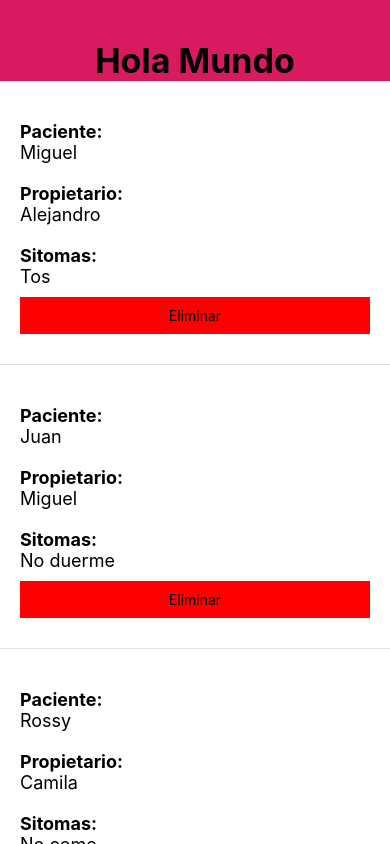
Repository: AleMicky/citas
Screen: /
The author's editor kept a copy of each file at every save. The screen is drawn from the files as they stood at one save, then again after a run of saves.
An inner scrolling area shows only its first screen. The app was drawn by React Native's web renderer in a window 390 px wide. The project was rebuilt for these pictures with package versions that can differ from the ones it lists, and the page was loaded fresh each time.

Above is the screen before, as saved 2020-06-27 00:35:37.

After the next 2 saves:
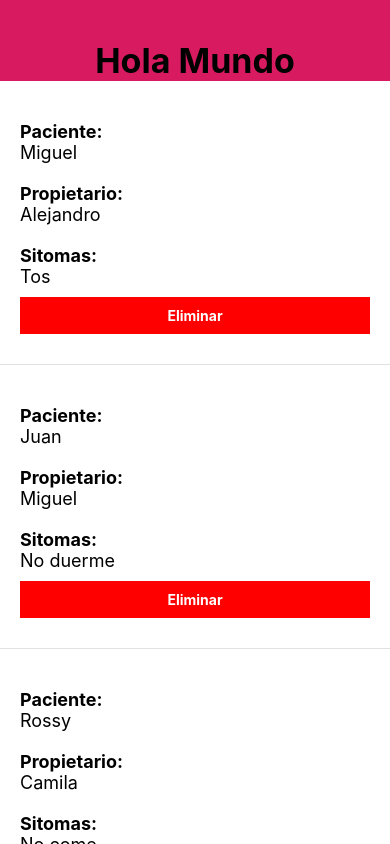
The 2 saves are shown as one change because 1 did not build or start.
The last was saved 2 min 9 s later.
--- a/src/components/Cita.js
+++ b/src/components/Cita.js
@@ -20,7 +20,7 @@ const Cita = ({ item }) => {
             </View>
             <View>
                 <TouchableOpacity style={styles.butonEliminar}>
-                        <Text>Eliminar</Text>
+                        <Text style={styles.textoELiminar}>Eliminar</Text>
                 </TouchableOpacity>
             </View>
         </View>
@@ -47,7 +47,11 @@ const styles = StyleSheet.create({
         padding:10,
         backgroundColor:'red',
         marginVertical:10,
-        alignItems:'center'
+    },
+    textoELiminar:{
+        color:'#fff',
+        fontWeight:'bold',
+        textAlign:'center'
     }
 })
 export default Cita;
